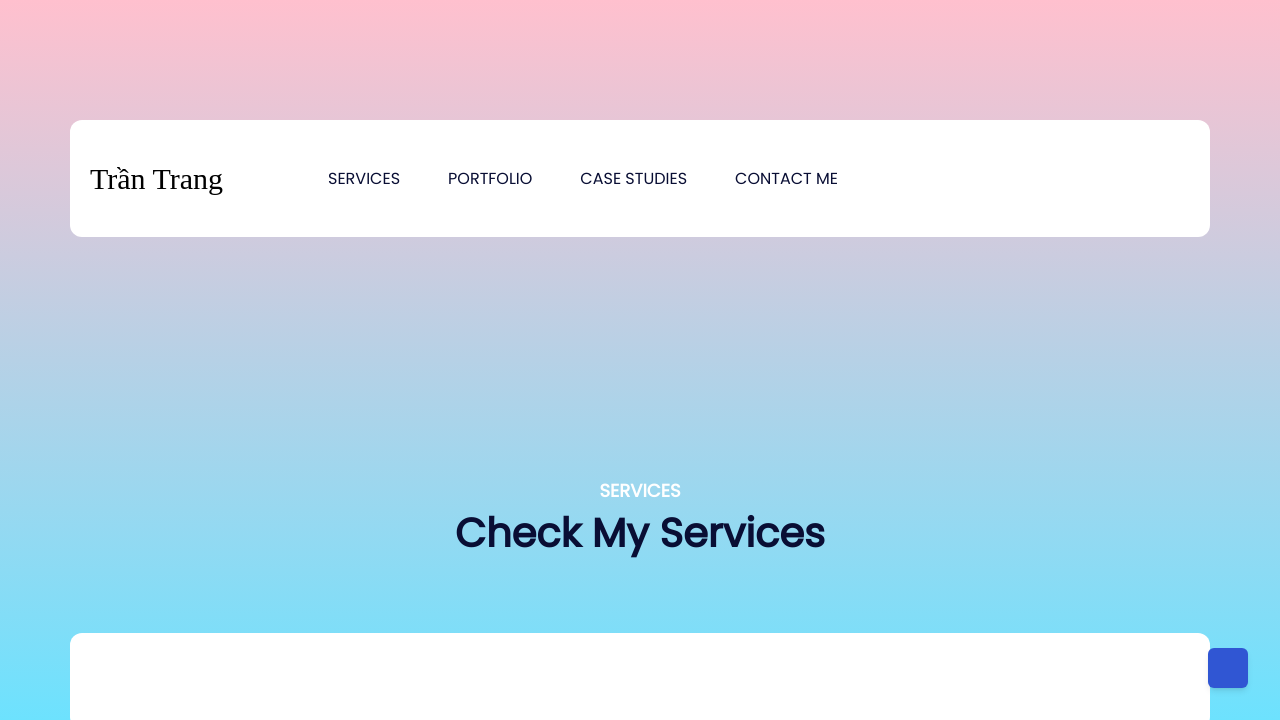
Repository: trantrang2101/CV
Page: index.html
The author's editor kept a copy of each file at every save. The page is drawn from the files as they stood at one save, then again after the next save.
The browser window is 1280 px wide. The pictures show the whole page.
An inner scrolling area shows only its first screen. Some web fonts or font styles are not loaded; a fallback is used.

Above is the page before, as saved 2022-07-13 19:31:12.
Console error: TypeError: Cannot read properties of null (reading 'offsetTop')

After the next save:
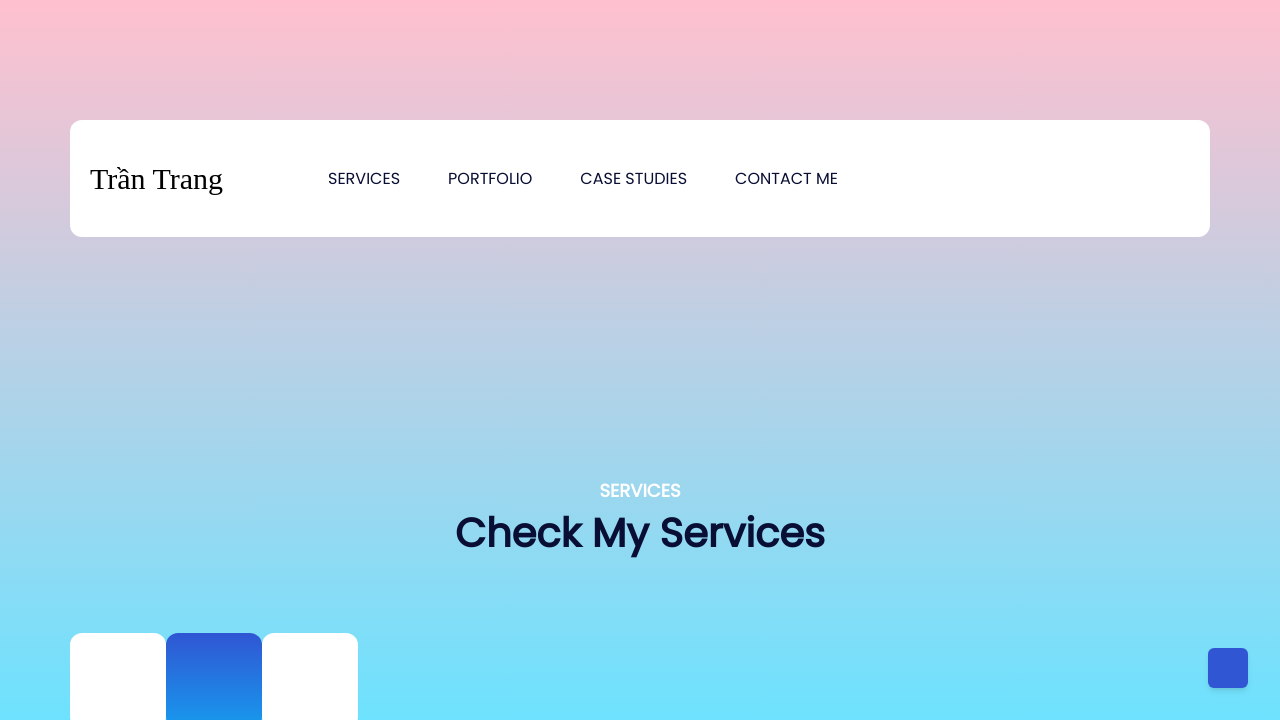
Saved 14 s later.
--- a/index.html
+++ b/index.html
@@ -89,19 +89,19 @@
             </div>
 
             <div class="flex flex-wrap items-center space-x-4 justify-around">
-                <div class="w-full">
+                <div class="">
                     <div class="bg-white rounded-xl relative z-10 overflow-hidden border border-primary border-opacity-20 shadow-pricing py-10 px-8 sm:p-12 lg:py-10 lg:px-6 xl:p-12 mb-10 text-center wow fadeInUp"
                         data-wow-delay=".15s" style="visibility: visible; animation-delay: 0.15s">
 
                     </div>
                 </div>
-                <div class="w-full">
+                <div class="">
                     <div class="bg-primary bg-gradient-to-b from-primary to-[#179BEE] rounded-xl relative z-10 overflow-hidden shadow-pricing py-10 px-8 sm:p-12 lg:py-10 lg:px-6 xl:p-12 mb-10 text-center wow fadeInUp"
                         data-wow-delay=".1s" style="visibility: visible; animation-delay: 0.1s">
 
                     </div>
                 </div>
-                <div class="w-full">
+                <div class="">
                     <div class="bg-white rounded-xl relative z-10 overflow-hidden border border-primary border-opacity-20 shadow-pricing py-10 px-8 sm:p-12 lg:py-10 lg:px-6 xl:p-12 mb-10 text-center wow fadeInUp"
                         data-wow-delay=".15s" style="visibility: visible; animation-delay: 0.15s">
 

After the 2 saves that followed:
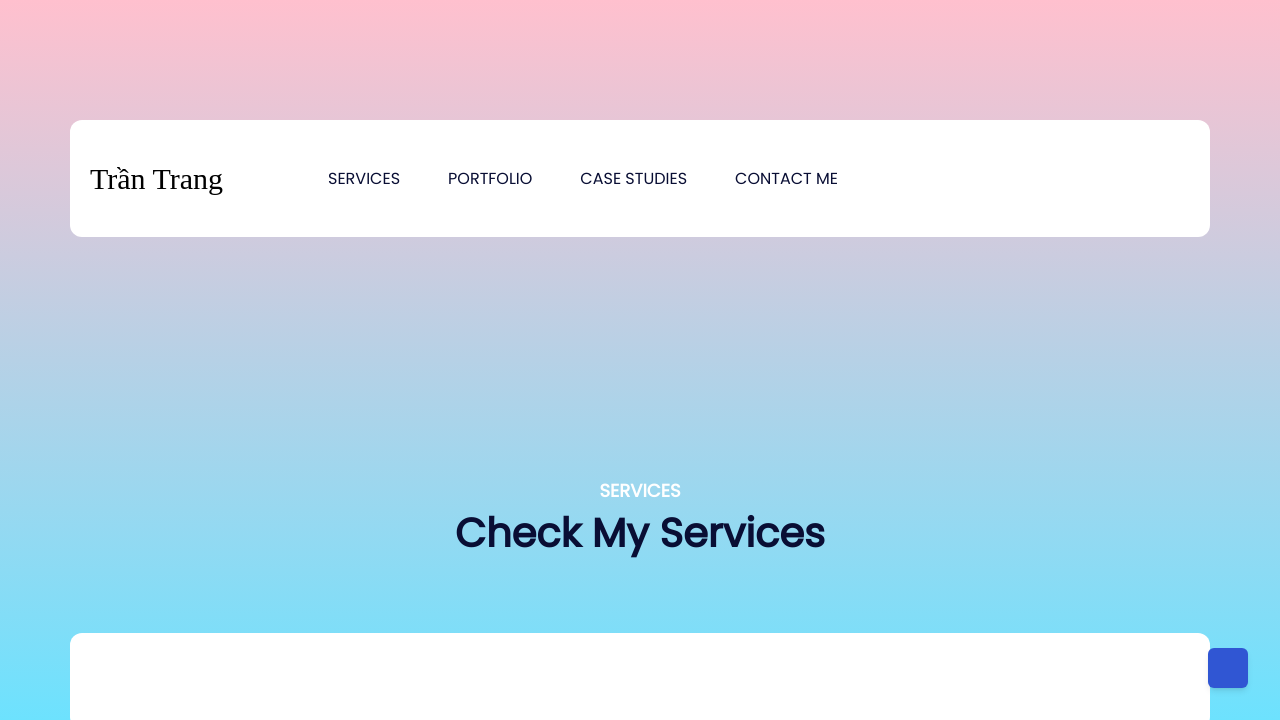
The 2 saves are shown as one change because they came seconds apart.
The last was saved 7 s later.
--- a/index.html
+++ b/index.html
@@ -89,19 +89,19 @@
             </div>
 
             <div class="flex flex-wrap items-center space-x-4 justify-around">
-                <div class="">
+                <div class="w-full">
                     <div class="bg-white rounded-xl relative z-10 overflow-hidden border border-primary border-opacity-20 shadow-pricing py-10 px-8 sm:p-12 lg:py-10 lg:px-6 xl:p-12 mb-10 text-center wow fadeInUp"
                         data-wow-delay=".15s" style="visibility: visible; animation-delay: 0.15s">
 
                     </div>
                 </div>
-                <div class="">
+                <div class="w-full">
                     <div class="bg-primary bg-gradient-to-b from-primary to-[#179BEE] rounded-xl relative z-10 overflow-hidden shadow-pricing py-10 px-8 sm:p-12 lg:py-10 lg:px-6 xl:p-12 mb-10 text-center wow fadeInUp"
                         data-wow-delay=".1s" style="visibility: visible; animation-delay: 0.1s">
 
                     </div>
                 </div>
-                <div class="">
+                <div class="w-full">
                     <div class="bg-white rounded-xl relative z-10 overflow-hidden border border-primary border-opacity-20 shadow-pricing py-10 px-8 sm:p-12 lg:py-10 lg:px-6 xl:p-12 mb-10 text-center wow fadeInUp"
                         data-wow-delay=".15s" style="visibility: visible; animation-delay: 0.15s">
 
